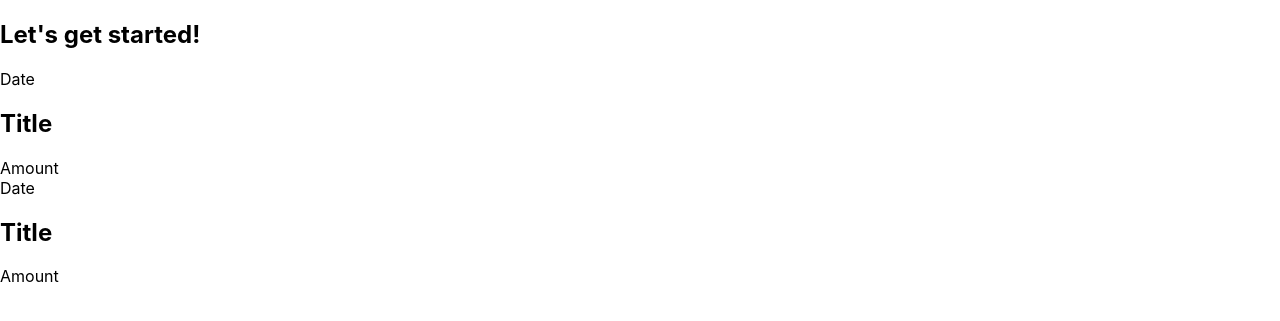
Repository: andresmazza/react-lesson
Page: /
These files come from the project's save history. The page is drawn as it stood at one moment and after the next save; the edit follows.
The browser window is 1280 px wide. The pictures show the whole page.
The project was rebuilt for these pictures with package versions that can differ from the ones it lists, and the page was loaded fresh each time. Also part of the build but not shown: src/App.css.

Above is the page before, as saved 2023-04-07 22:59:22.

After the next save:
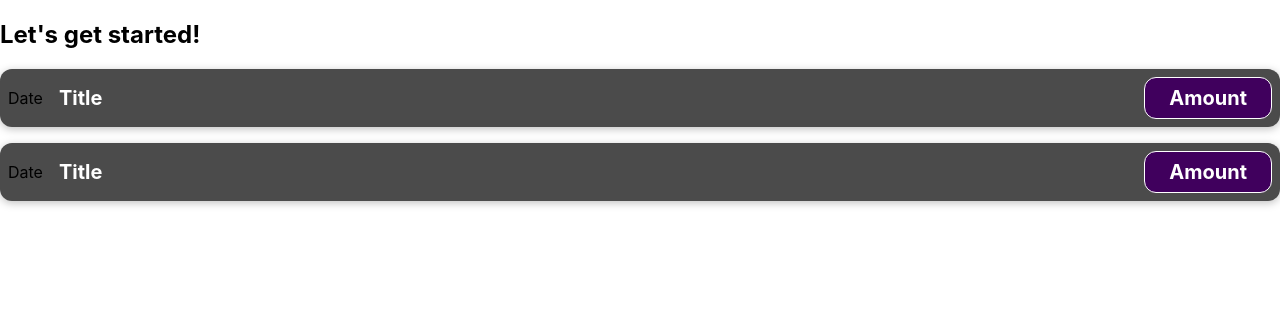
Saved 2 min 47 s later.
--- a/src/components/ExpenseItem.js
+++ b/src/components/ExpenseItem.js
@@ -3,11 +3,11 @@ import './ExpenseItem.css';
 
 function ExpenseItem() {
     return (
-      <div>
+      <div className='expense-item'>
         <div>Date</div>
-        <div>
+        <div className='expense-item__description'>
             <h2>Title</h2>
-            <div>Amount</div>
+            <div className='expense-item__price'>Amount</div>
         </div>
       </div>
     );
